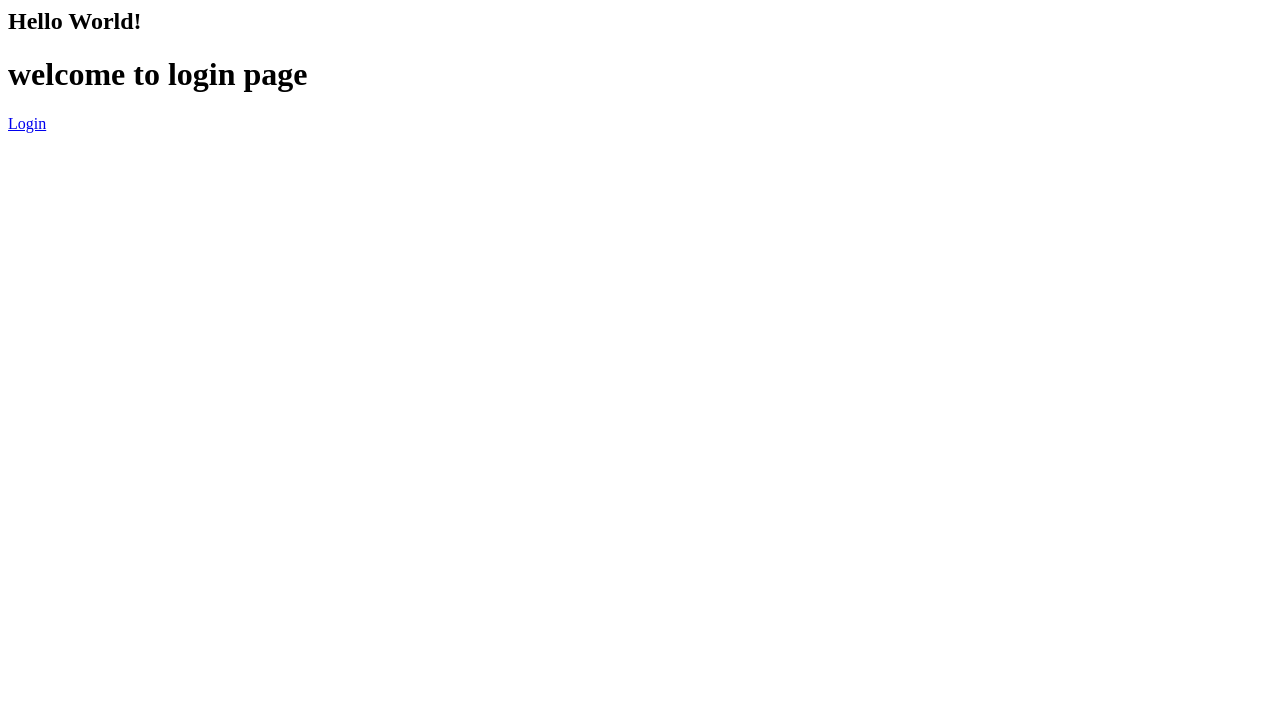
Repository: rkgupta8858/Advance-Java-Practice
Page: http://localhost/Spring-WebMVC3/
The author's editor kept a copy of each file at every save. The page is drawn from the files as they stood at one save, then again after the next save.
The browser window is 1280 px wide. The pictures show the whole page.
The page is served by Tomcat 10.

Above is the page before, as saved 2025-11-20 04:47:48.

After the next save:
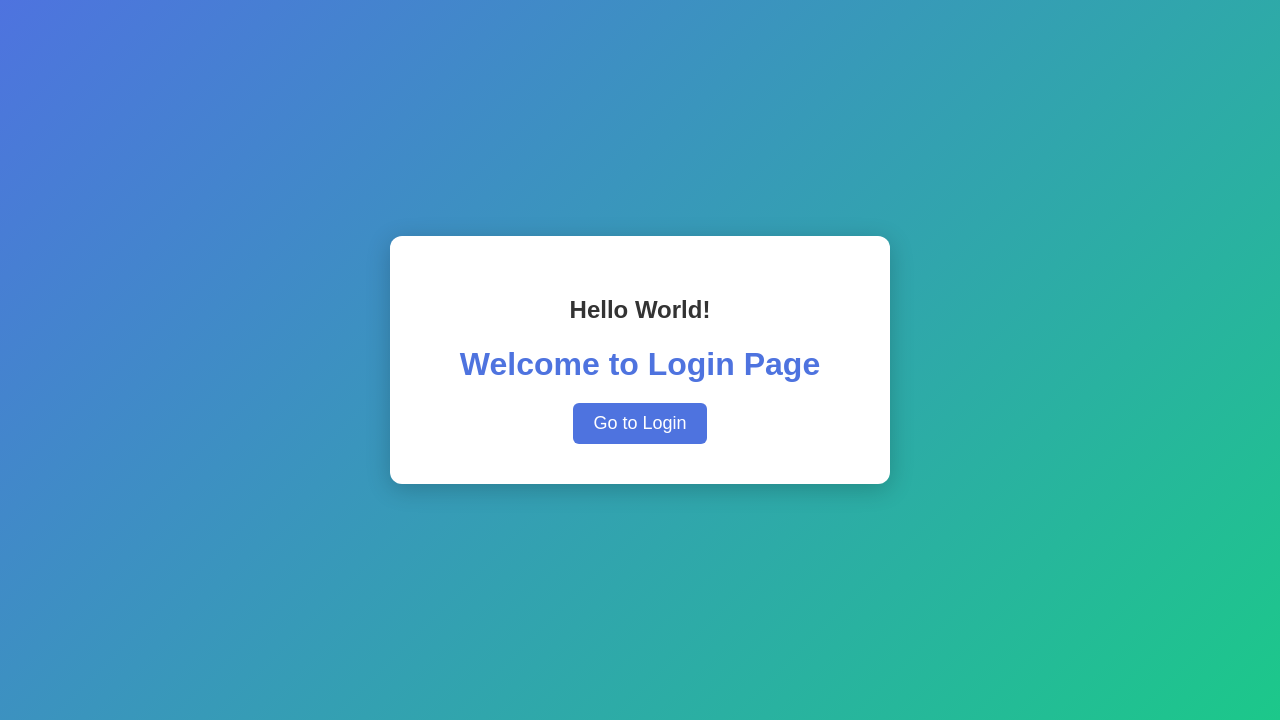
Saved 50 s later.
--- a/Spring MVC/Spring-WebMVC3/src/main/webapp/index.jsp
+++ b/Spring MVC/Spring-WebMVC3/src/main/webapp/index.jsp
@@ -1,10 +1,62 @@
 <%@ page import="jakarta.servlet.*" %>
+<!DOCTYPE html>
 <html>
+<head>
+    <title>Login Page</title>
+    <style>
+        body {
+            font-family: Arial, sans-serif;
+            background: linear-gradient(135deg, #4e73df, #1cc88a);
+            height: 100vh;
+            margin: 0;
+            display: flex;
+            align-items: center;
+            justify-content: center;
+        }
+
+        .container {
+            background: white;
+            padding: 40px 50px;
+            border-radius: 12px;
+            width: 400px;
+            box-shadow: 0 5px 25px rgba(0,0,0,0.2);
+            text-align: center;
+        }
+
+        h2 {
+            margin-bottom: 10px;
+            color: #333;
+        }
+
+        h1 {
+            color: #4e73df;
+            margin-bottom: 20px;
+        }
+
+        a {
+            display: inline-block;
+            text-decoration: none;
+            background-color: #4e73df;
+            color: white;
+            padding: 10px 20px;
+            border-radius: 6px;
+            font-size: 18px;
+            transition: 0.3s ease;
+        }
+
+        a:hover {
+            background-color: #1cc88a;
+        }
+    </style>
+</head>
 <body>
-	<h2>Hello World!</h2>
-	<div>
-	<h1> welcome to login page </h1>
-	<a href="loginPage"> Login</a>
-	</div>
+
+<div class="container">
+    <h2>Hello World!</h2>
+    <h1>Welcome to Login Page</h1>
+
+    <a href="loginPage">Go to Login</a>
+</div>
+
 </body>
 </html>
